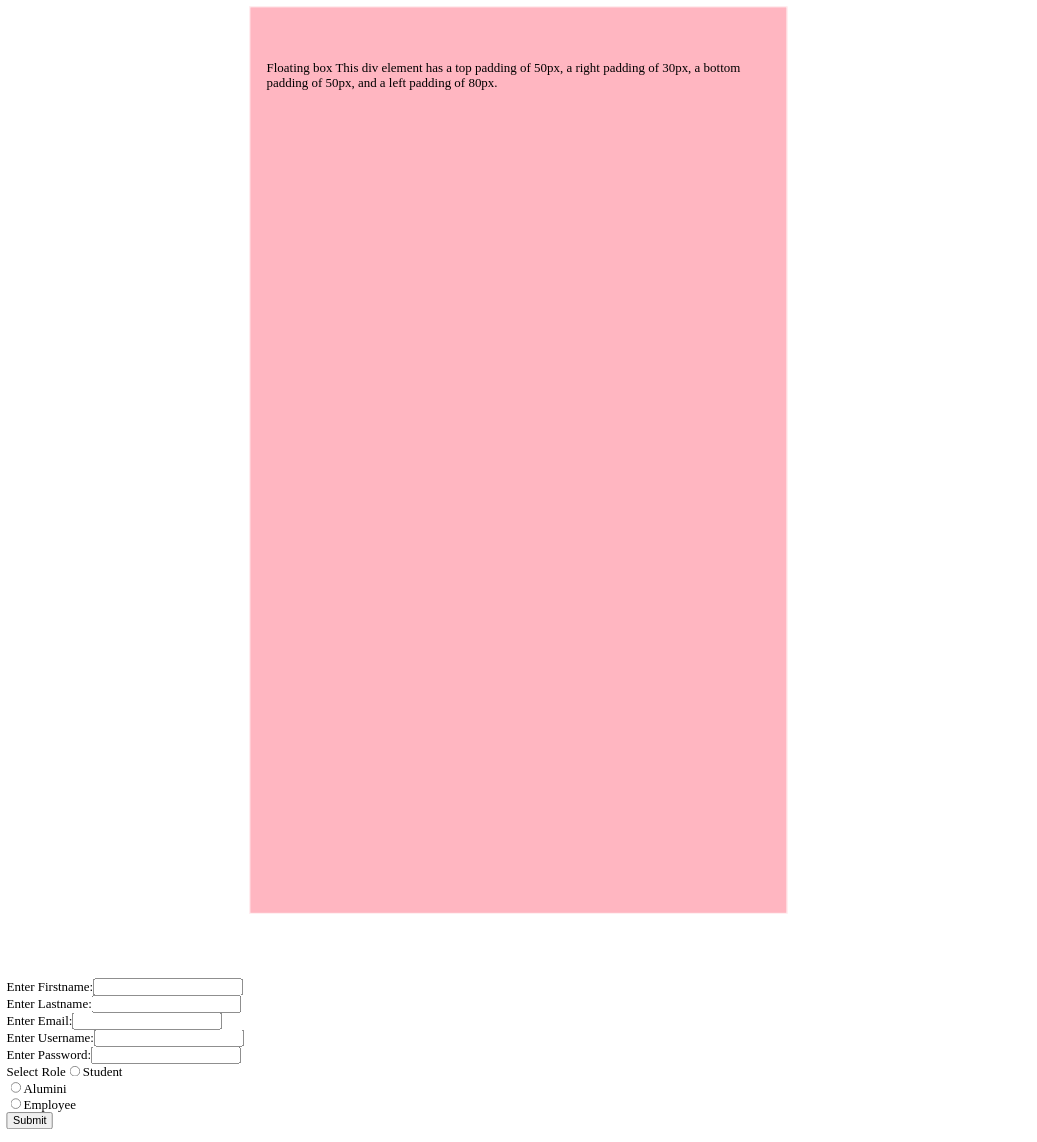
Repository: NeeleshPoojari/Project-2
Page: frontend_project2/WebContent/views/registrationform.html
The author's editor kept a copy of each file at every save. The page is drawn from the files as they stood at one save, then again after the next save.
The browser window is 1280 px wide. The pictures show the whole page, at 81% of full size.

Above is the page before, as saved 2017-07-16 16:09:46.

After the next save:
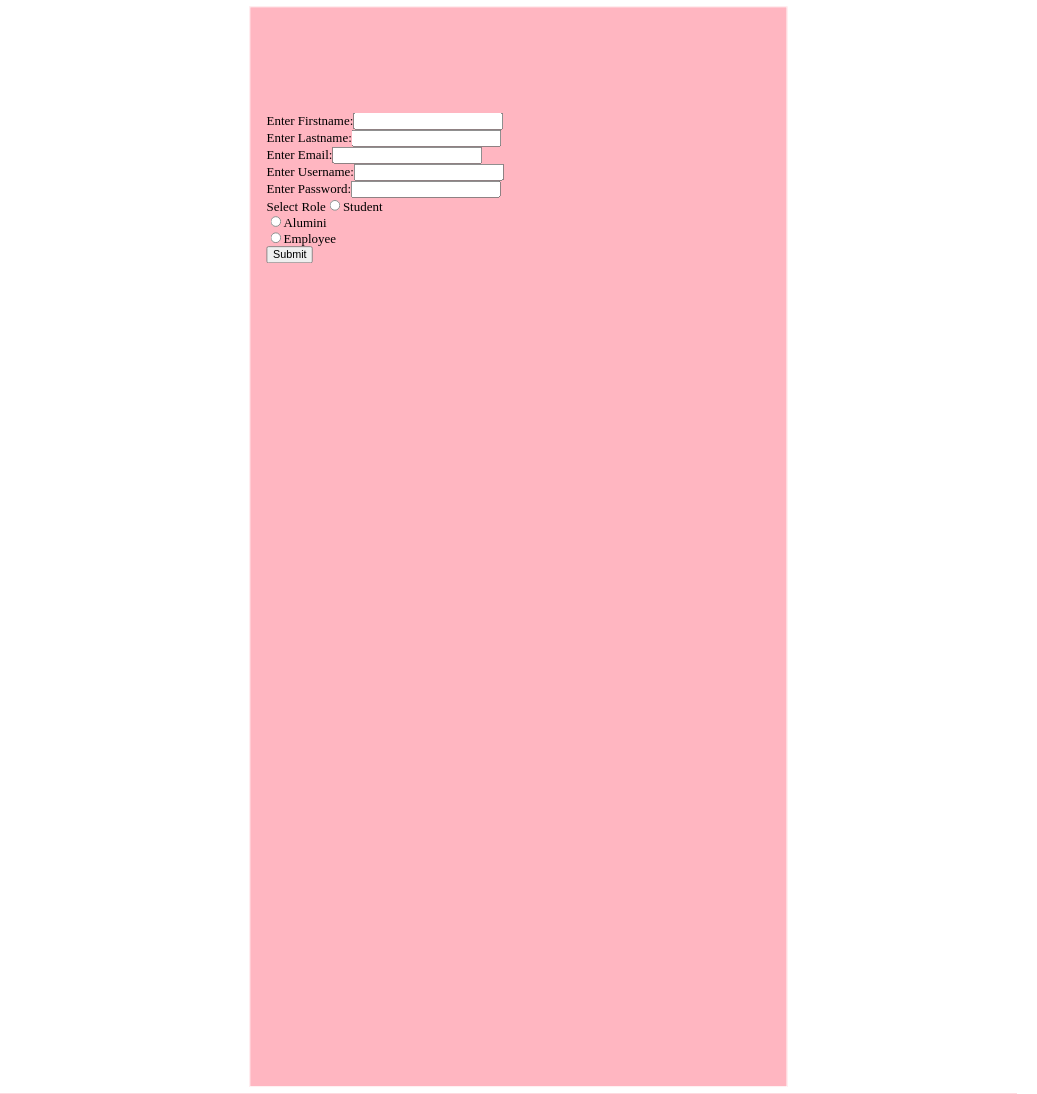
Saved 56 s later.
--- a/frontend_project2/WebContent/views/registrationform.html
+++ b/frontend_project2/WebContent/views/registrationform.html
@@ -11,12 +11,8 @@
 
 }
 </style>
+
 <div class="middle">
-<p>Floating box
-This div element has a top padding of 50px, a right padding of 30px, a bottom padding of 50px, and a left padding of 80px.</p></div>
-
-
-
 <form style="margin-top: 80px;">
 Enter Firstname:<input type="text" ng-model="user.firstname"><br>
 Enter Lastname:<input type="text" ng-model="user.lastname"><br>
@@ -31,3 +27,4 @@ Select Role<input type="radio" ng-model="user.role" value="Student">Student<br>
 <input type="submit" ng-click="register()"><br>
 
 </form>
+</div>
